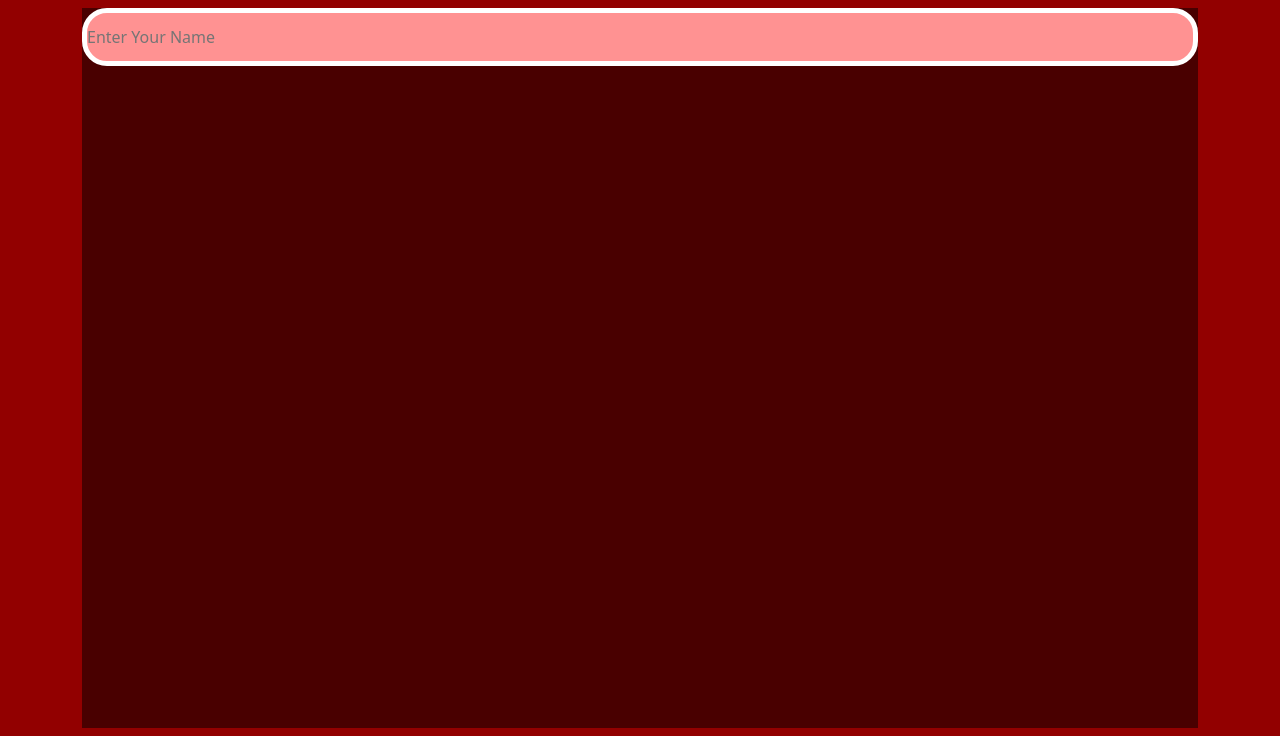
Repository: Haneef-Shaik/Greetings
Page: /
An editor plug-in stored every save of this project. The page is shown before and after the next save, followed by the edit.
The browser window is 1280 px wide. The pictures show the whole page.
The project was rebuilt for these pictures with package versions that can differ from the ones it lists, and the page was loaded fresh each time. The framework's server and built-in components were replaced by stand-ins that run in the browser. Also part of the build but not shown: next.config.js, styles/card.module.scss, components/card.js, styles/socialShare.module.scss, components/socialShare.js.

Above is the page before, as saved 2021-12-01 20:09:54.

### pages/_app.js
import '../styles/globals.css'
import 'bootstrap/dist/css/bootstrap.css'


function MyApp({ Component, pageProps }) {
  return <Component {...pageProps} />
}

export default MyApp

### pages/index.js
import Card from "../components/card.js";
import {useRouter} from 'next/router';
import Ss from "../components/socialShare"
import InpFrm from "../components/form"

export default function Home() {
  const {query} = useRouter();
  const myurls='https://gratefulprayerthankfulheart.com/wp-content/uploads/2014/12/aquawhitechristmastreegreeting.jpg';

  if(query.length > 0)
  {

    if(query.greeting)
    {
      return (
        <>
          <Card event={query.event} image={query.bgImg} name={query.name} greeting={query.greeting}  />
        </>
          )
    }
    else
    {
      return (
        <>
          <Card event={query.event} image={query.bgImg} name={query.name}  />
        </>
          )
    }

  }
  else
  {
    return (
        <>
          <InpFrm />
        </>
        )
  }
    // return (
    //   <>
        {/* <Card event='Event' image={myurls} name='Name' color='red' greeting="Lorem Ipsum is simply dummy text of the printing and typesetting industry. Lorem Ipsum has been thing software like Aldus PageMaker including versions of Lorem Ipsum."  /> */}
        {/* <Ss mylink="localhost:3000/name=haneef&event=christmas" /> */}
    {/*     <Ss mylink="localhost:3000/name=haneef&event=christmasW&sddsajnodsoduaibdadbksa" /> */}
    //   </>
    //     )

}

### components/form.js
/* eslint-disable no-undef */
import React, {useState,useRef} from 'react'

import 'bootstrap/dist/css/bootstrap.min.css';
import styles from '../styles/form.module.scss';
import IMAGE from 'next/image'


function Edit() {
    return (
        <div className="container-fluid p-2 "  style={{backgroundColor:'#920000'} }>
            <div className="container">
                <div className="row">
                    <div className="col-12">
                        <div className={styles.formContainer} >
                            <form>
                                <input type="text" placeholder="Enter Your Name" className="col-12 inpName" />
                            </form>
                        </div>
                    </div>
                </div>
            </div>
        </div>
    )
}


class InvitationCard extends React.Component{
    render(){
        return (

                <div className="body p-2" style={{backgroundColor: this.props.c,backgroundImage:`url(${this.props.im})`,backgroundSize:350,backgroundRepeat:'no-repeat'}} >
                    <h1 id="heading" style={{color: this.props.heading}}>{this.props.name}</h1>
                    <p style={{marginTop: "50px",color: this.props.content}}>{this.props.message}</p>
                    <p style={{color: this.props.content}} id="toWhom">{this.props.to}</p>
                </div>
        )
    }

}



export default Edit;

### styles/form.module.scss
.formContainer{
    height:100vh;
    background-color:#490000;
    input{
        border:5px solid #FFFFFF;
        border-radius:25px;
        background-color:#FF9292;
        line-height:3rem;

    }
}

Loaded but not shown: pages/api/hello.js (common file); styles/globals.css (common file)

After the next save:
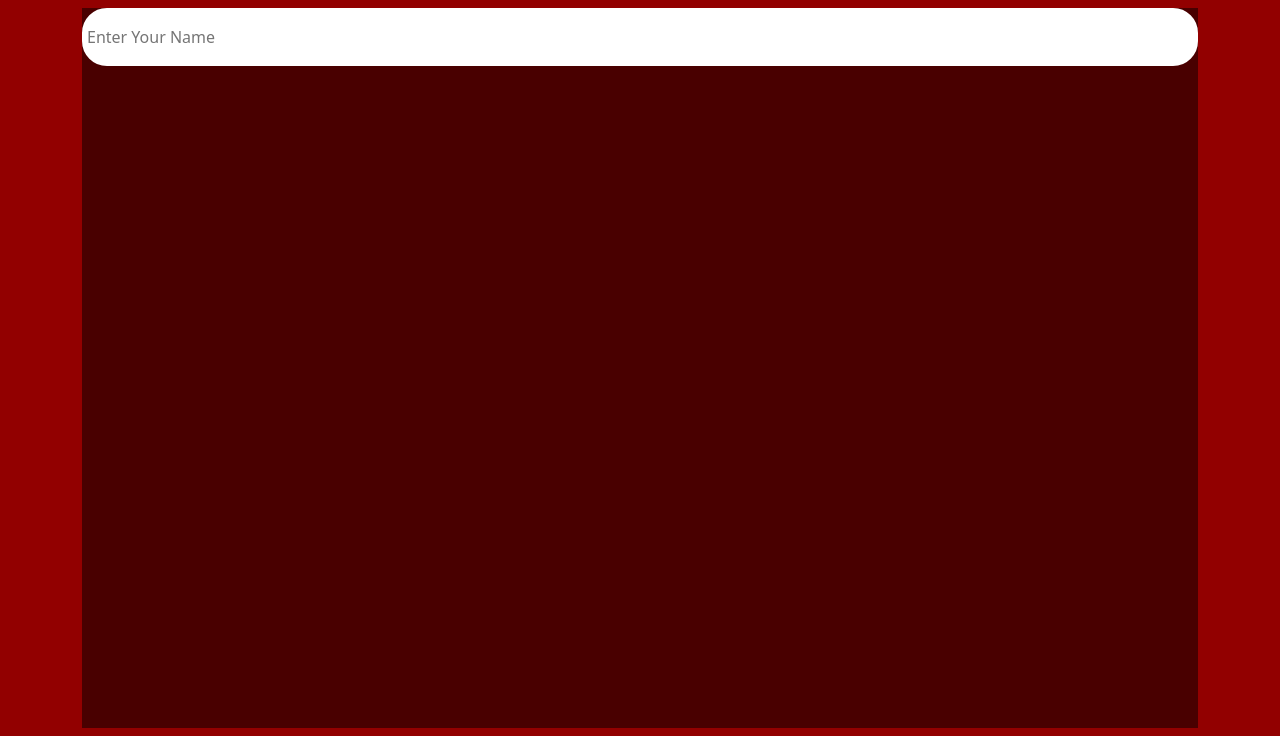
Saved 8 s later.
--- a/styles/form.module.scss
+++ b/styles/form.module.scss
@@ -4,7 +4,7 @@
     input{
         border:5px solid #FFFFFF;
         border-radius:25px;
-        background-color:#FF9292;
+        background-color:#fff;
         line-height:3rem;
 
     }
